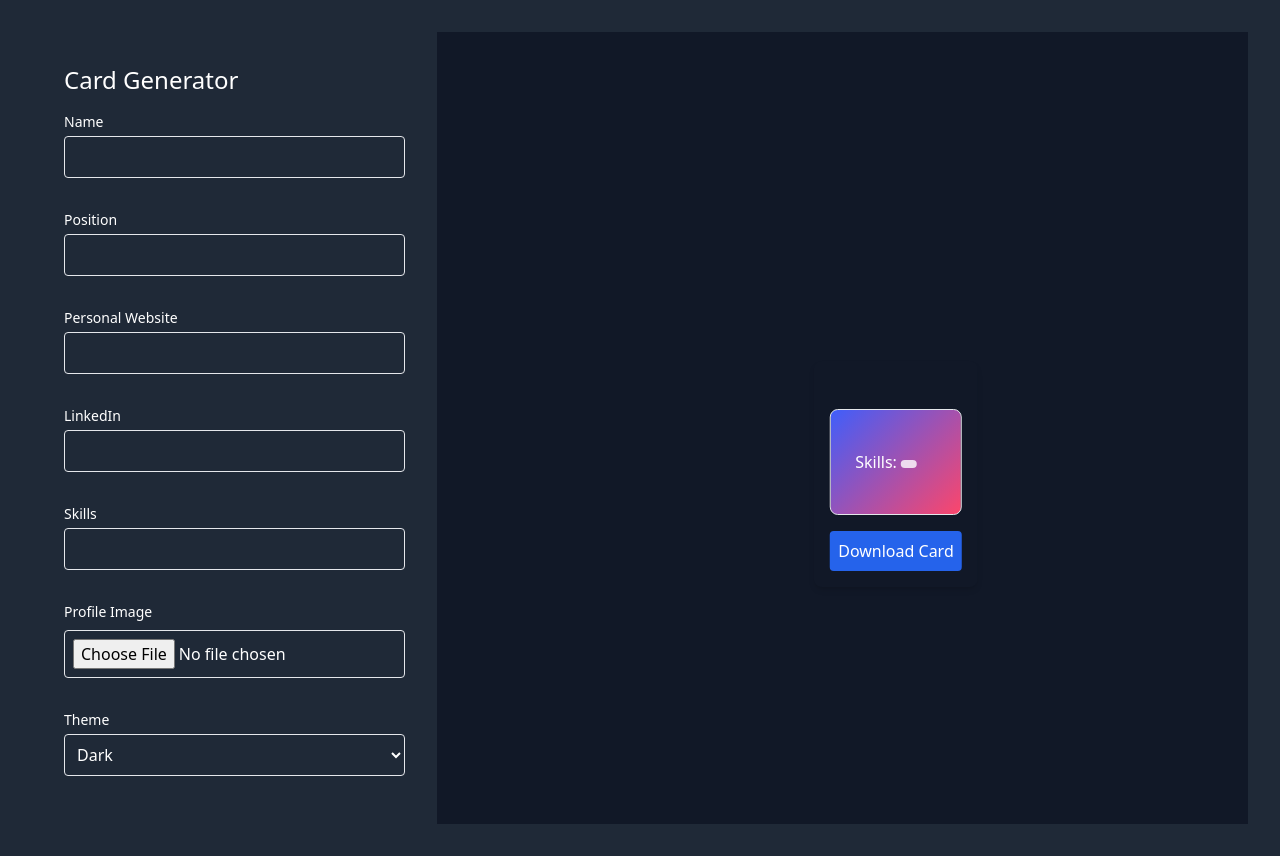
Repository: SmanSayeed/card-generator-react-application
Page: /
These files come from the project's save history. The page is drawn as it stood at one moment and after a run of saves; the edit follows.
The browser window is 1280 px wide. The pictures show the whole page.
The project was rebuilt for these pictures with package versions that can differ from the ones it lists, and the page was loaded fresh each time. Also part of the build but not shown: vite.config.js.

Above is the page before, as saved 2024-09-24 16:45:38.

After the next 2 saves:
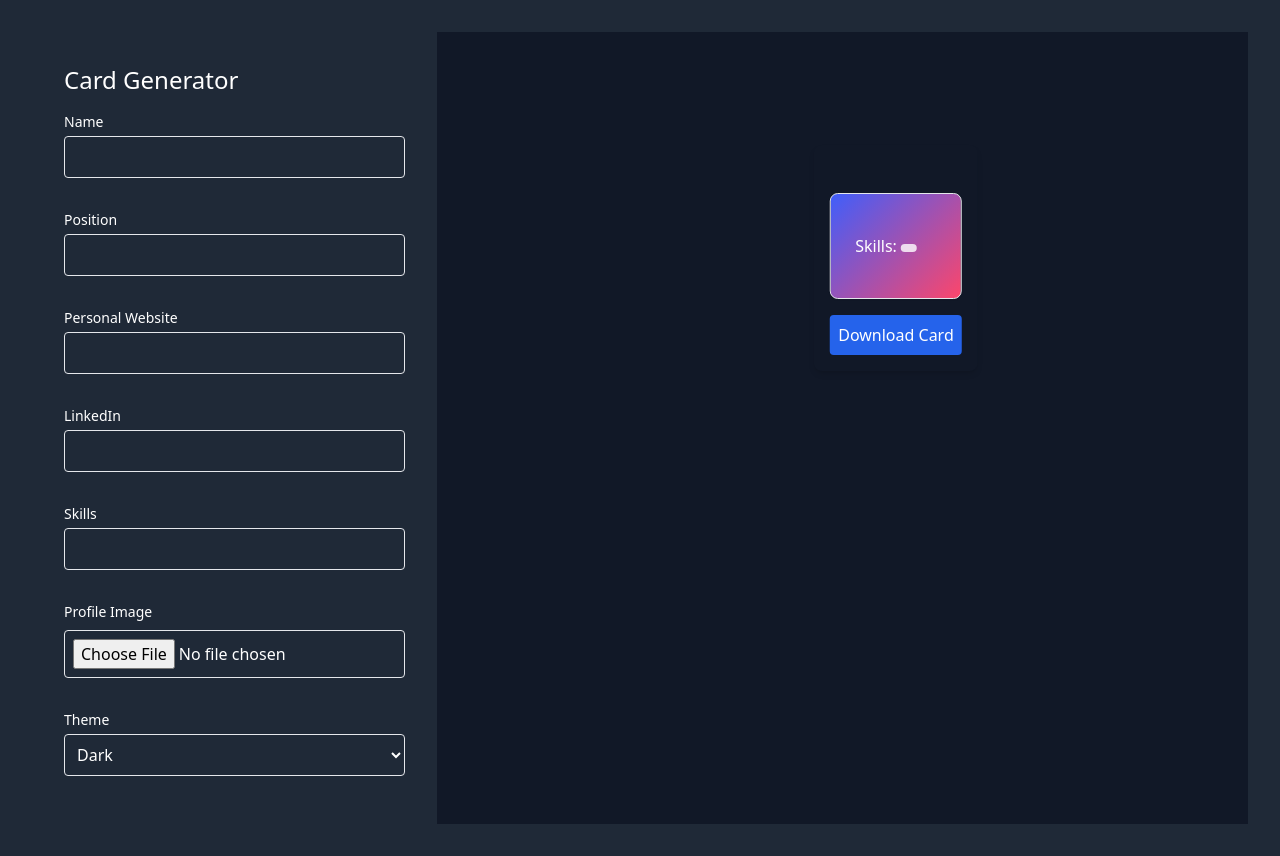
The 2 saves are shown as one change because they came seconds apart.
The last was saved 6 s later.
--- a/src/components/template/CardGenerator.jsx
+++ b/src/components/template/CardGenerator.jsx
@@ -59,7 +59,7 @@ const CardGenerator = () => {
         </div>
 
         {/* Right portion: the card and download button */}
-        <div className="fixed p-4 md:translate-x-1/2 md:translate-y-1/2 transform md:top-[30%] md:right-[30%]">
+        <div className="fixed p-4 md:translate-x-1/2 md:translate-y-1/2 transform md:top-[0%] md:right-[30%]">
           <div className="max-w-xs bg-gray-900 p-4 rounded-lg shadow-md">
             <div id="card">
               <Card />
